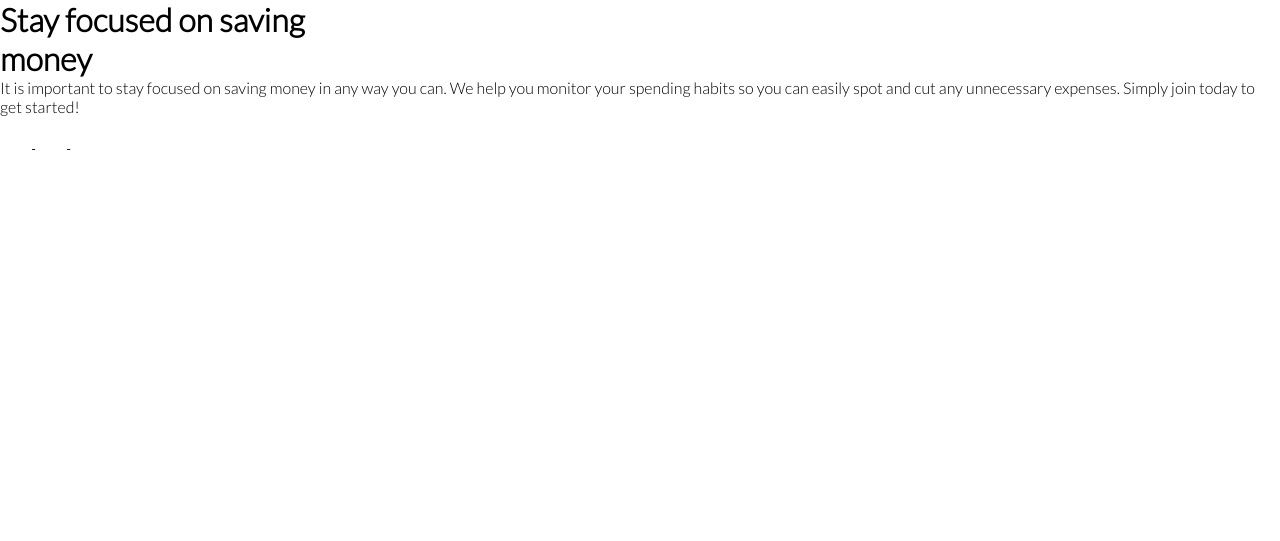
Repository: batonAnton/Cursor_lecture4
Page: index.html
The author's editor kept a copy of each file at every save. The page is drawn from the files as they stood at one save, then again after the next save.
The browser window is 1280 px wide. The pictures show the whole page.

Above is the page before, as saved 2022-06-08 14:03:18.

After the next save:
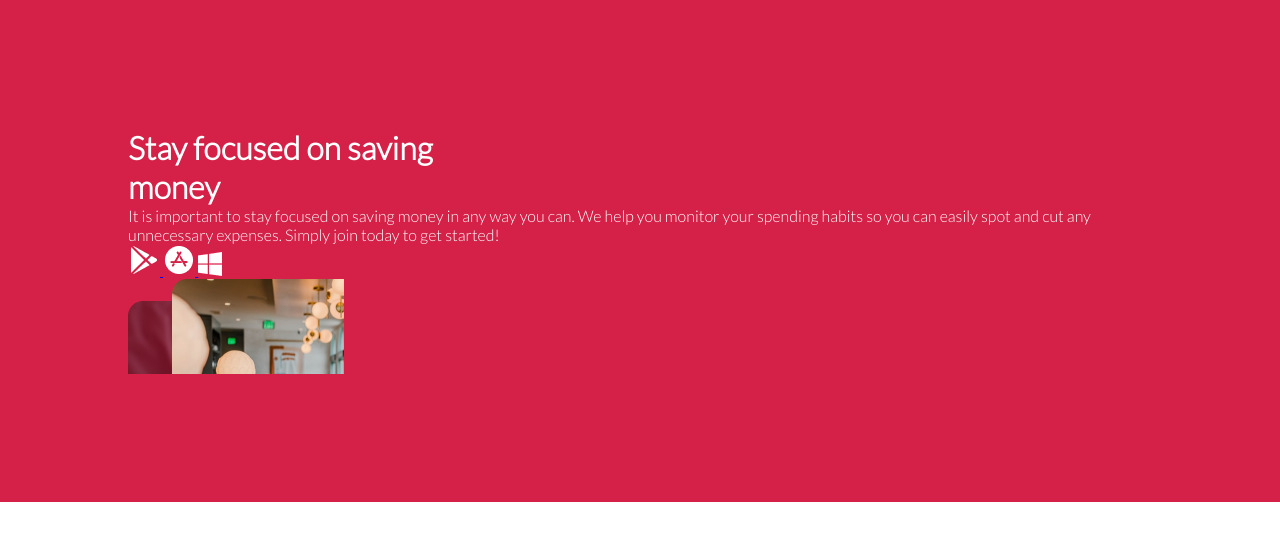
Saved 32 s later.
--- a/css/style.css
+++ b/css/style.css
@@ -1,6 +1,20 @@
-*{
-    font-family: 'Lato', sans-serif;
-    margin: 0;
-    padding: 0;
-    box-sizing: border-box;
+* {
+  font-family: "Lato", sans-serif;
+  margin: 0;
+  padding: 0;
+  box-sizing: border-box;
 }
+
+header {
+  width: 100%;
+  padding: 10%;
+  color: #ffffff;
+  display: inline-block;
+  background-color: #d52047;
+}
+
+.big_img {
+  background-image: url("/image/Photo.png");
+  width: 216px;
+  height: 95px;
+}
